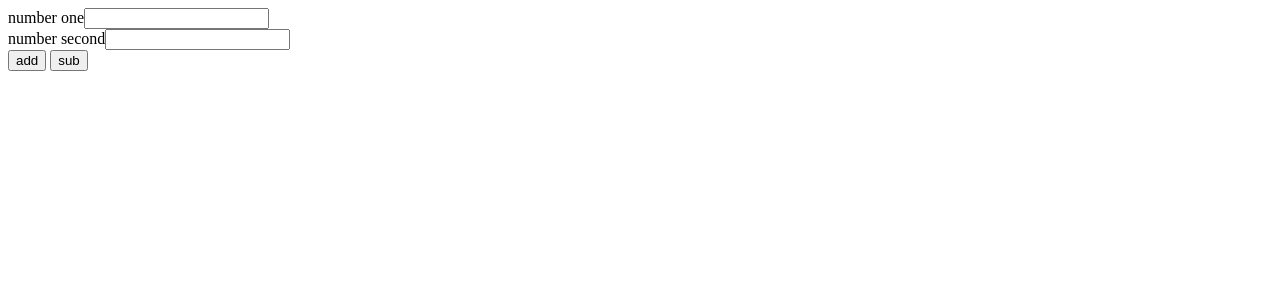
Repository: ssreddy25/servelet
Page: addservelte/src/main/webapp/calculation.html
The author's editor kept a copy of each file at every save. The page is drawn from the files as they stood at one save, then again after the next save.
The browser window is 1280 px wide. The pictures show the whole page.

Above is the page before, as saved 2022-10-14 11:36:16.

After the next save:
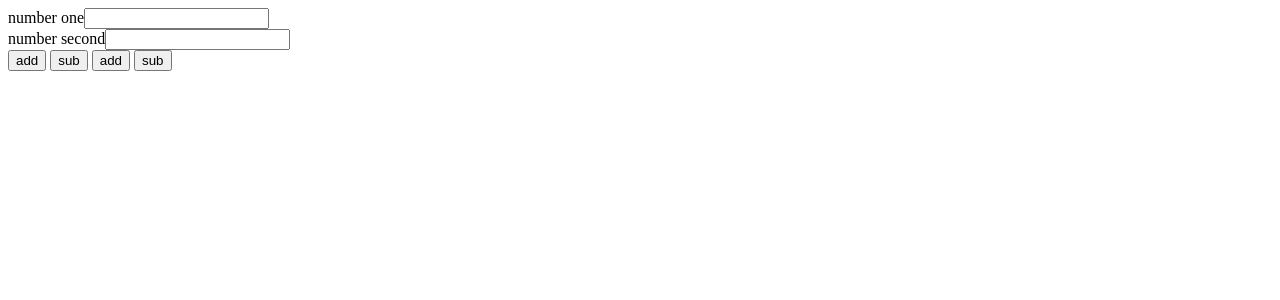
Saved 83 s later.
--- a/addservelte/src/main/webapp/calculation.html
+++ b/addservelte/src/main/webapp/calculation.html
@@ -10,6 +10,9 @@
 number second<input type="text" name="t2"><br>
 <button type="submit" name="add1"  >add</button >
 <button type="submit" name="add1" >sub</button >
+
+<input type="submit" name="act" value="add"/>
+<input type="submit" name="act" value="sub"/>
 </form>
 
 </body>

After the save that followed:
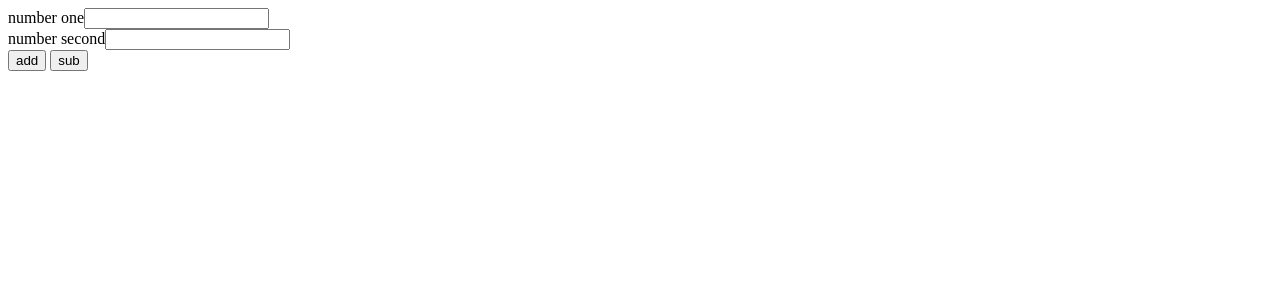
Saved 3 min 47 s later.
--- a/addservelte/src/main/webapp/calculation.html
+++ b/addservelte/src/main/webapp/calculation.html
@@ -8,8 +8,6 @@
 <form action="./Calulation">
 number one<input type="text" name="t1"><br>
 number second<input type="text" name="t2"><br>
-<button type="submit" name="add1"  >add</button >
-<button type="submit" name="add1" >sub</button >
 
 <input type="submit" name="act" value="add"/>
 <input type="submit" name="act" value="sub"/>
